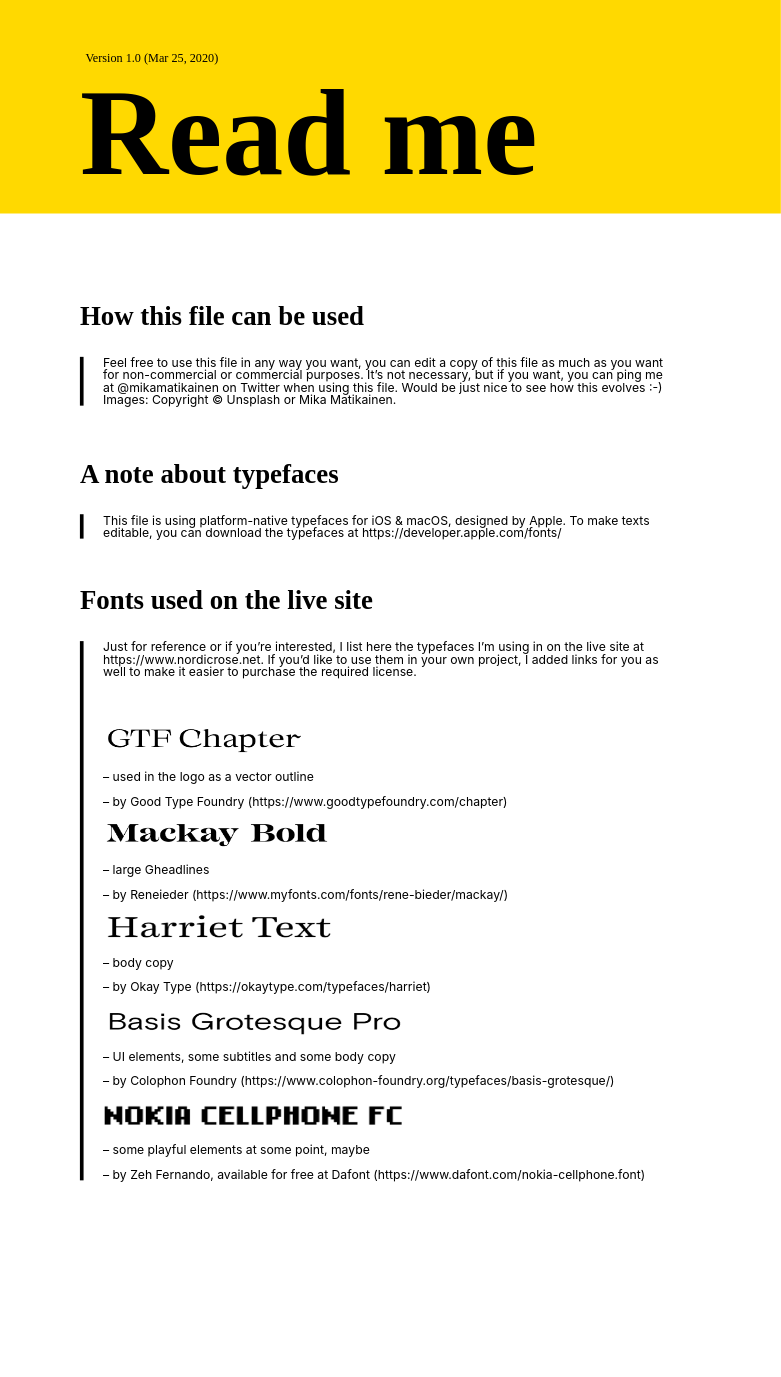
Repository: ThuTrang-jvb/JVB-BT1
Page: readme.html
These files come from the project's save history. The page is drawn as it stood at one moment and after a run of saves; the edit follows.
The browser window is 1280 px wide. The pictures show the whole page, at 61% of full size.

Above is the page before, as saved 2025-06-24 13:34:33.

After the next 6 saves:
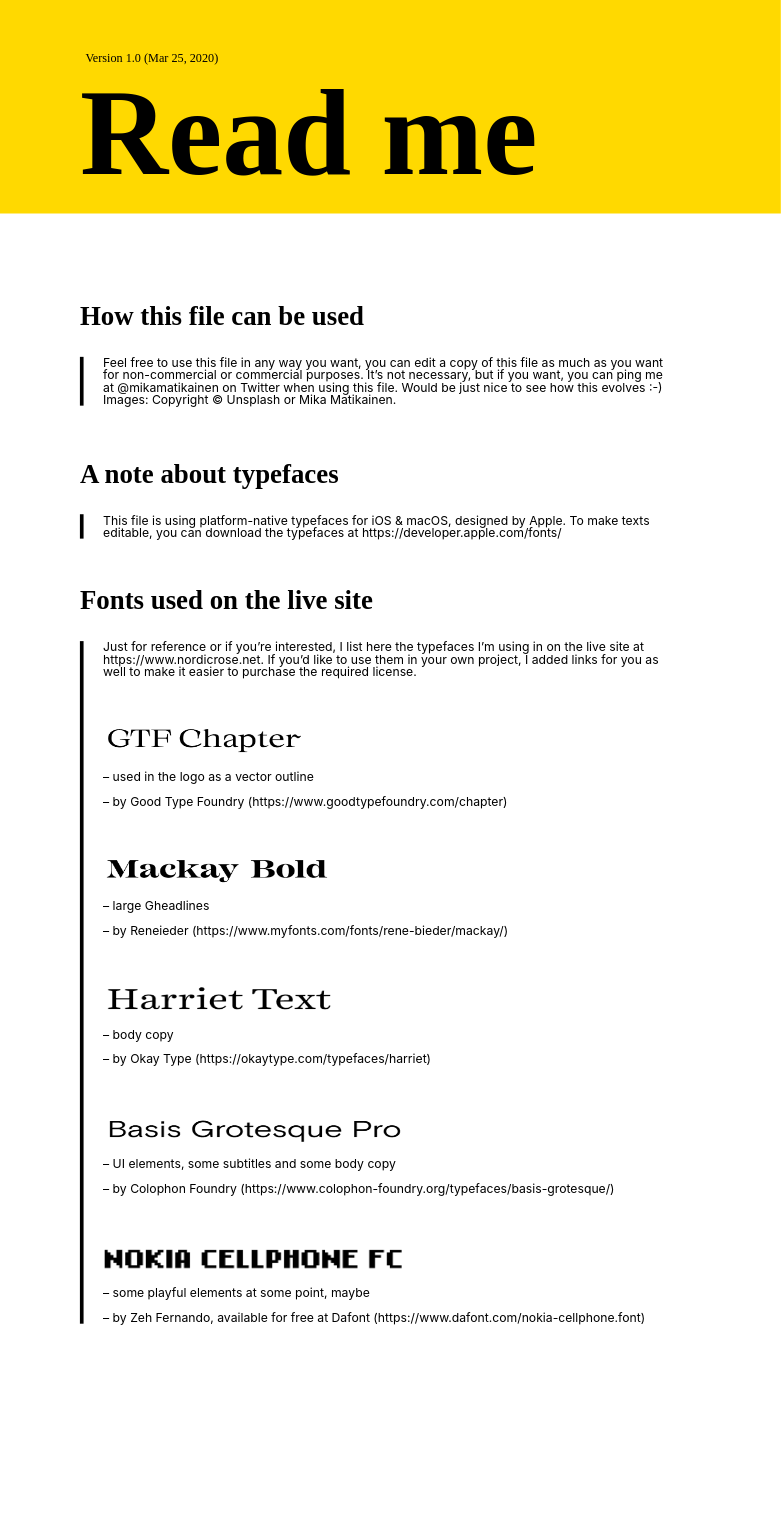
The 6 saves are shown as one change because they came seconds apart.
The last was saved 16 s later.
--- a/Page1/style.css
+++ b/Page1/style.css
@@ -75,17 +75,20 @@ img {
 .type2 {
     width: 382.34869384765625px;
     height: 48.06000518798828px;
-
+    padding-top: 58.8px;
 }
 .type3 {
     width: 382.34869384765625px;
     height: 48.06000518798828px;
+    padding-top: 58.8px;
 }
 .type4 {
     width: 493.82196044921875px;
     height: 49.57200241088867px;
+    padding-top: 58.8px;
 }
 .type5 {
     width: 493.82196044921875px;
     height: 49.57200241088867px;
+    padding-top: 58.8px;
 }
